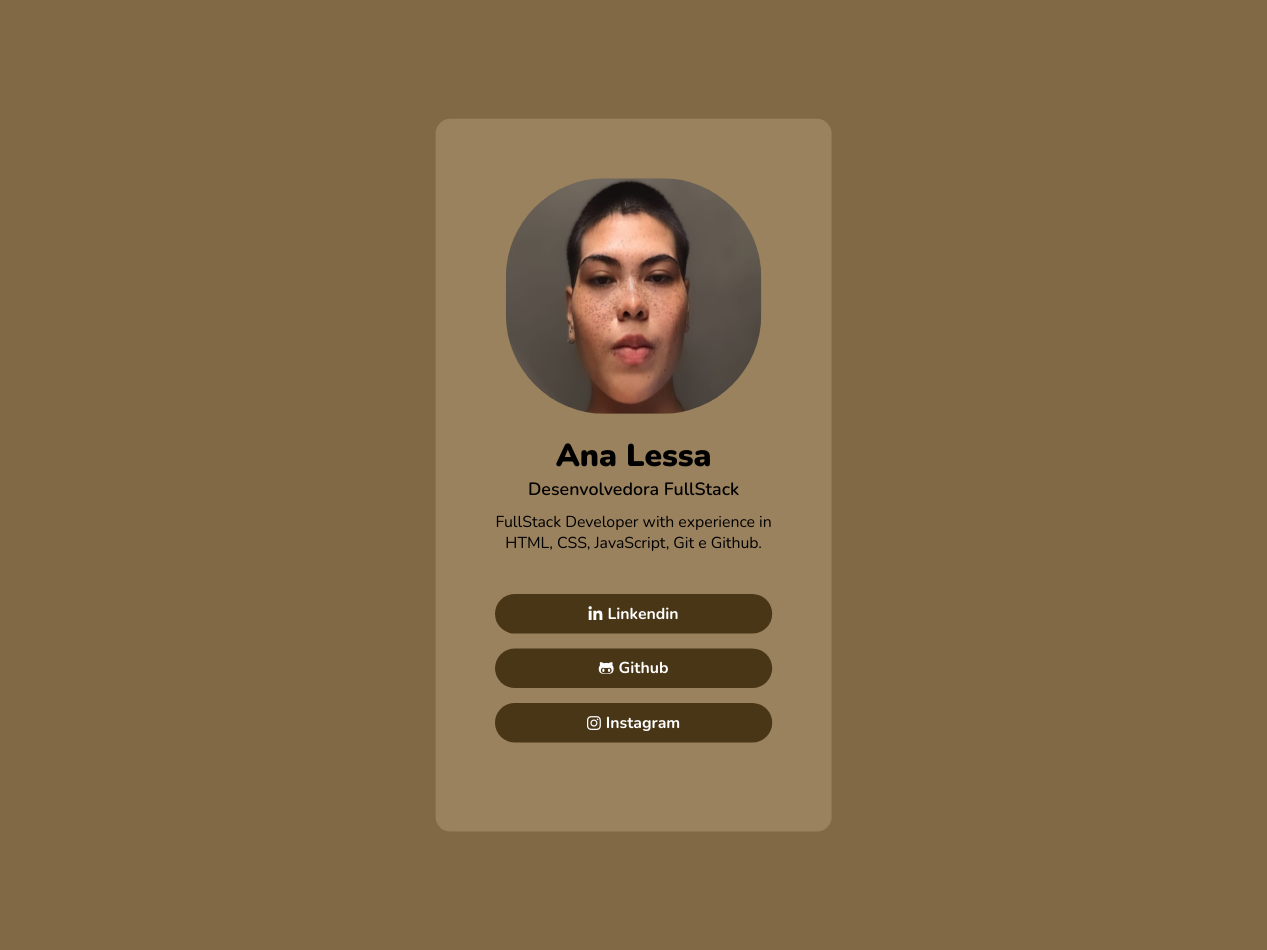
Repository: analessp/linktree
Page: index.html
An editor plug-in stored every save of this project. The page is shown before and after a run of saves, followed by the edit.
The browser window is 1280 px wide. The pictures show the whole page, at 99% of full size.

Above is the page before, as saved 2025-04-11 11:24:45.

After the next 4 saves:
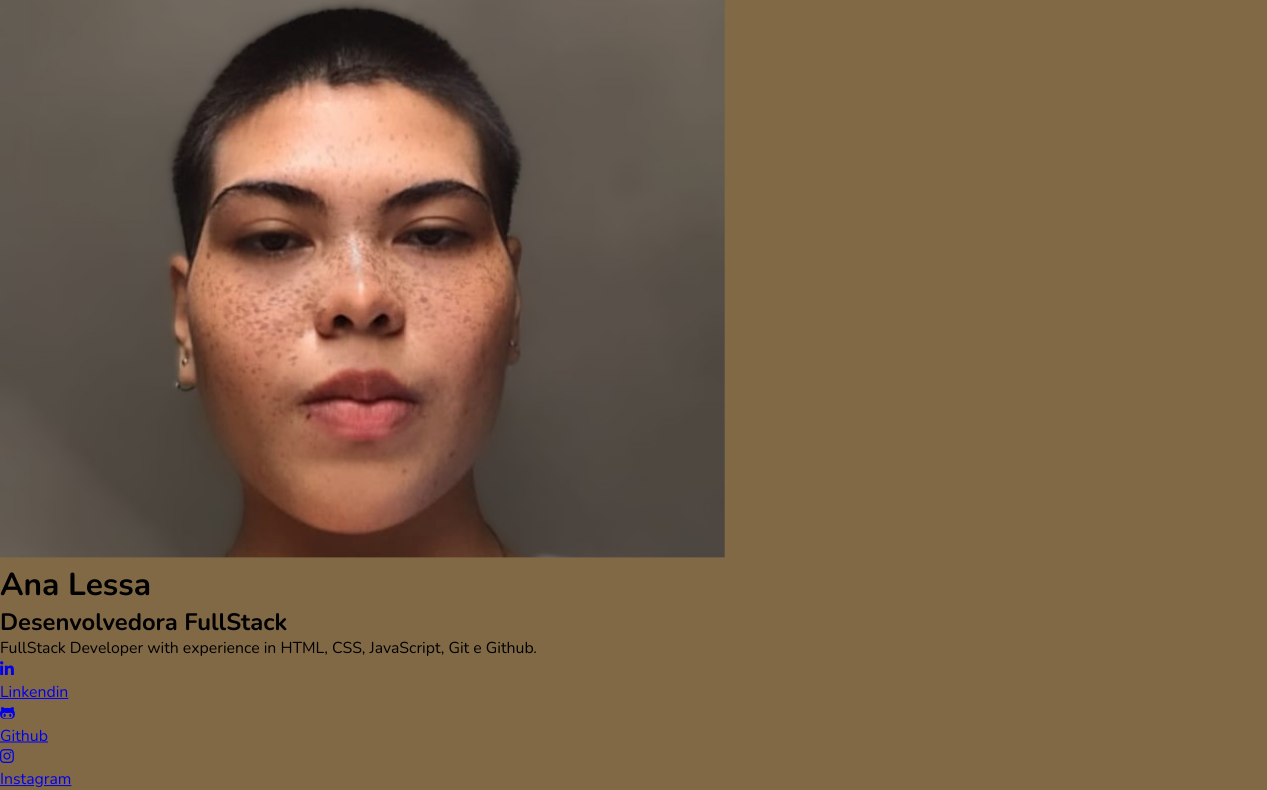
The 4 saves are shown as one change because they came seconds apart.
The last was saved 117 s later.
--- a/style.css
+++ b/style.css
@@ -8,6 +8,8 @@
 body {
     background-color: #816946;
 }
+
+@keyframes gradientShift {
 
 .container-main {
     background-color: #9b825e;

After the save that followed:
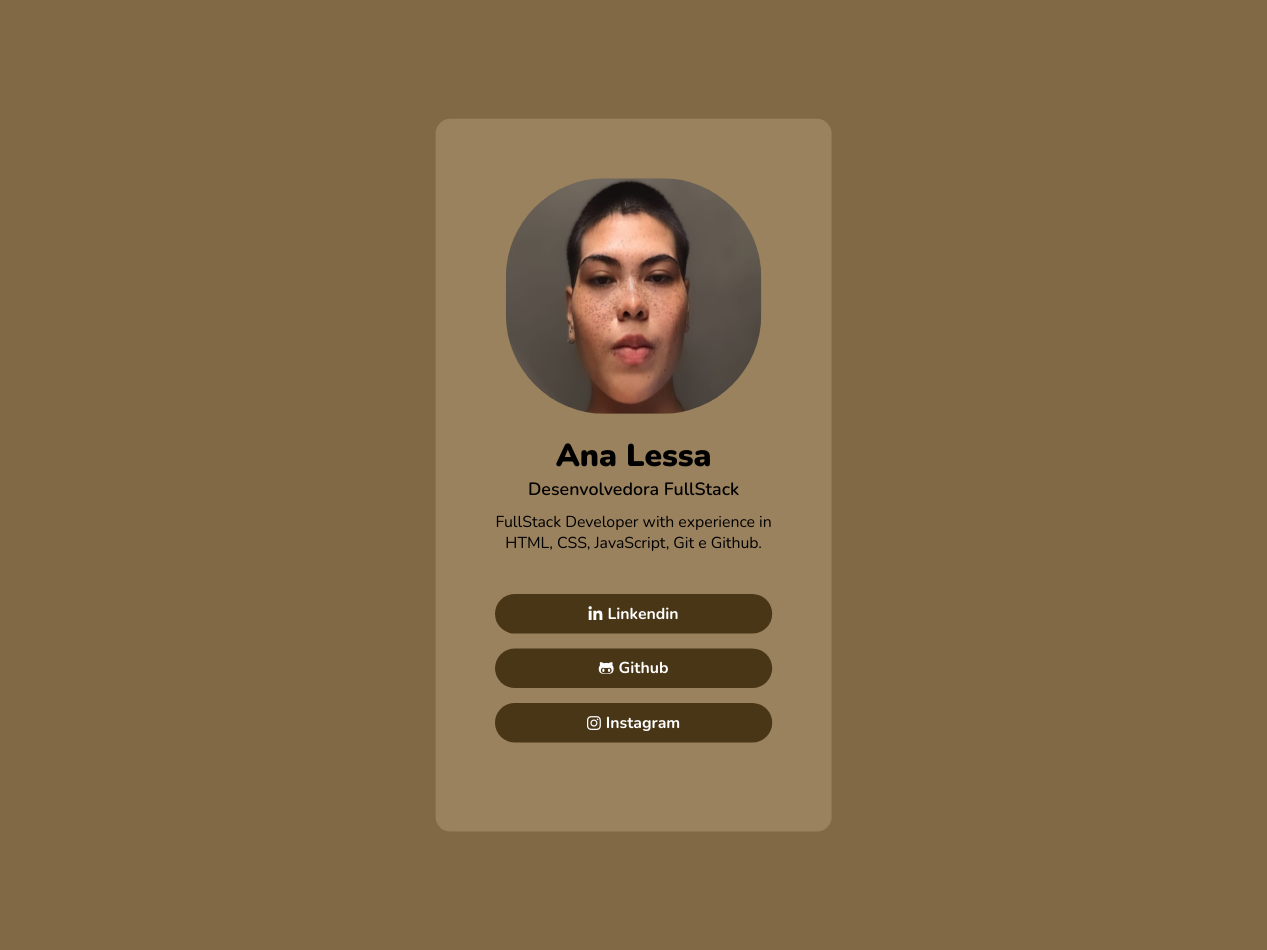
Saved 10 s later.
--- a/style.css
+++ b/style.css
@@ -10,6 +10,10 @@
 }
 
 @keyframes gradientShift {
+    0% { background-position: 0% 50%; }
+    50% { background-position: 100% 50%; }
+    100% { background-position: 0% 50%; }
+  }
 
 .container-main {
     background-color: #9b825e;
